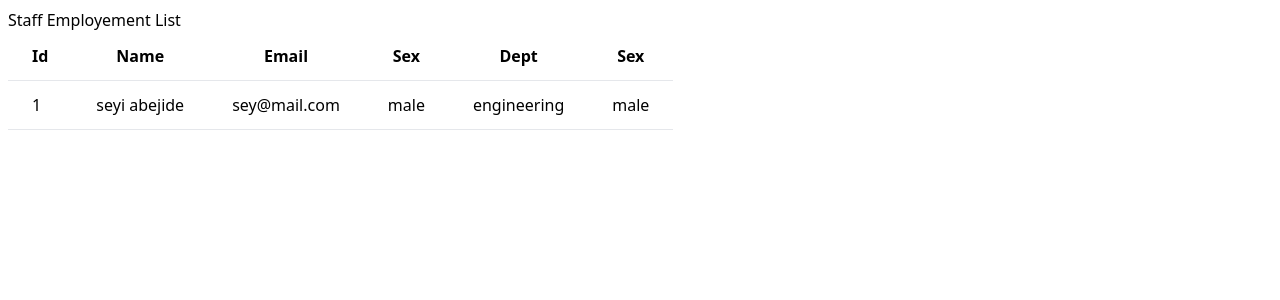
Repository: Semanmernstack/crud
Page: /
These files come from the project's save history. The page is drawn as it stood at one moment and after the next save; the edit follows.
The browser window is 1280 px wide. The pictures show the whole page.
The project was rebuilt for these pictures with package versions that can differ from the ones it lists, and the page was loaded fresh each time. Also part of the build but not shown: src/Details.js, src/Create.js, src/Edit.js.

Above is the page before, as saved 2022-12-23 03:32:14.

### src/App.js
import List from "./List";
import {
  BrowserRouter,
  Routes,
  Route,

} from "react-router-dom";
import Details from "./Details";
import Create from "./Create";
import Edit from "./Edit";



function App() {
  return (
    <div className="">
      <BrowserRouter>

      <Routes>
        <Route path="/" element={<List/>}> </Route>
        <Route path="/employee/create" element={<Create/>}> </Route>
        <Route path="/employee/details/:empid" element={<Details/>}> </Route>
        <Route path="/employee/edit/:empid" element={<Edit/>}> </Route>
      </Routes>
      </BrowserRouter>

    </div>
  );
}

export default App;

### src/List.js
import React from 'react'

function List() {
  return (
    <div className="overflow-x-auto max-w-6xl w-full p-2 items-center md:max-w-7xl lg:max-w-9xl mx-auto  ">

        <p>Staff Employement List</p>


        <table className="  border-1   " >
            <div className="">
            <thead>
                <tr className="border-b">
                    <th className=" py-3 px-6">Id</th>
                    <th className=" py-3 px-6">Name</th>
                    <th className=" py-3 px-6">Email</th>
                    <th className=" py-3 px-6">Sex</th>
                    <th className=" py-3 px-6">Dept</th>
                    <th className=" py-3 px-6">Sex</th>

                </tr>
            </thead>

            <tbody>
                <tr className="border-b">
                    <td className=" py-3 px-6">1</td>
                    <td className=" py-3 px-6" >seyi abejide</td>
                    <td className=" py-3 px-6">sey@mail.com</td>
                    <td className=" py-3 px-6">male</td>
                    <td className=" py-3 px-6">engineering</td>
                    <td className=" py-3 px-6">male</td>
                </tr>
            </tbody>
            </div>
        </table>


    </div>
  )
}

export default List

Loaded but not shown: public/index.html (common file); src/index.js (common file); src/index.css (common file); src/reportWebVitals.js (common file); tailwind.config.js (common file)

After the next save:
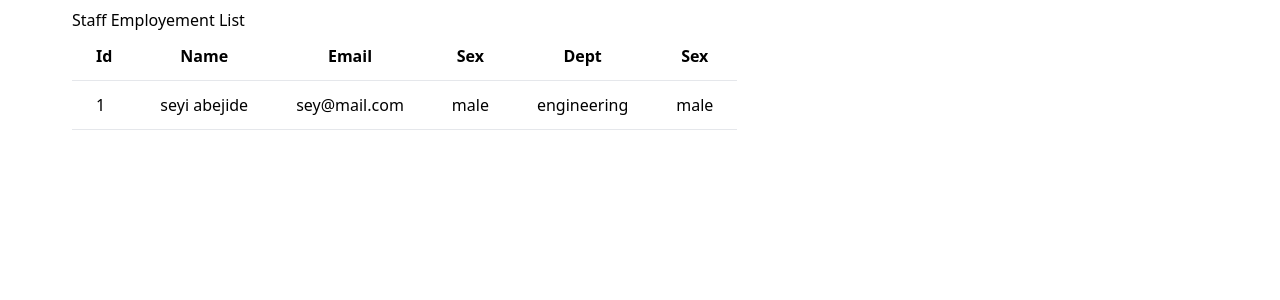
Saved 53 s later.
--- a/src/List.js
+++ b/src/List.js
@@ -2,7 +2,7 @@
 
 function List() {
   return (
-    <div className="overflow-x-auto max-w-6xl w-full p-2 items-center md:max-w-7xl lg:max-w-9xl mx-auto  ">
+    <div className="overflow-x-auto max-w-6xl lg:w-full p-2 items-center  mx-auto  ">
 
         <p>Staff Employement List</p>
 

After the 3 saves that followed:
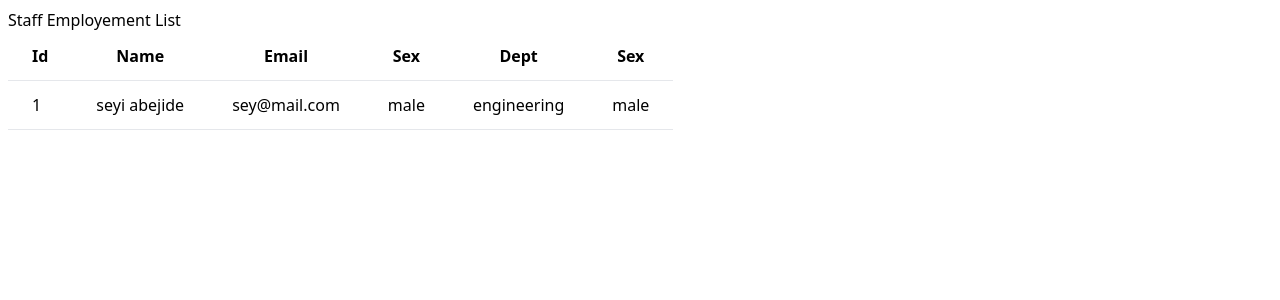
The 3 saves are shown as one change because 2 left the picture as it was.
The last was saved 2 min 55 s later.
--- a/src/List.js
+++ b/src/List.js
@@ -2,12 +2,12 @@
 
 function List() {
   return (
-    <div className="overflow-x-auto max-w-6xl lg:w-full p-2 items-center  mx-auto  ">
+    <div className="overflow-x-auto    p-2 items-center  mx-auto  ">
 
         <p>Staff Employement List</p>
 
 
-        <table className="  border-1   " >
+        <table className=" w-full  border-1   " >
             <div className="">
             <thead>
                 <tr className="border-b">
